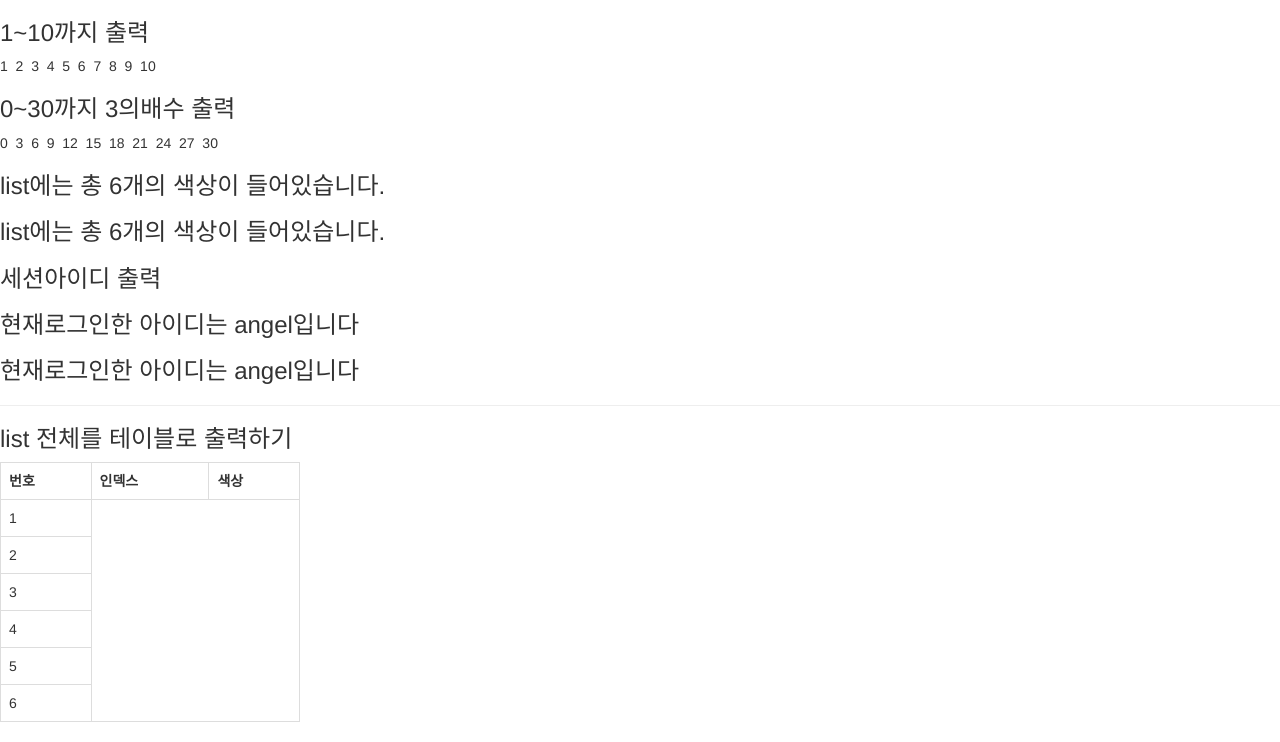
Repository: jungbee2/jungproject
Page: http://localhost/JstlProject/day0330/ex5_foreach.jsp
The author's editor kept a copy of each file at every save. The page is drawn from the files as they stood at one save, then again after the next save.
The browser window is 1280 px wide. The pictures show the whole page.
Some web fonts or font styles are not loaded; a fallback is used. The page is served by Tomcat 9.

Above is the page before, as saved 2023-03-30 02:32:35.

After the next save:
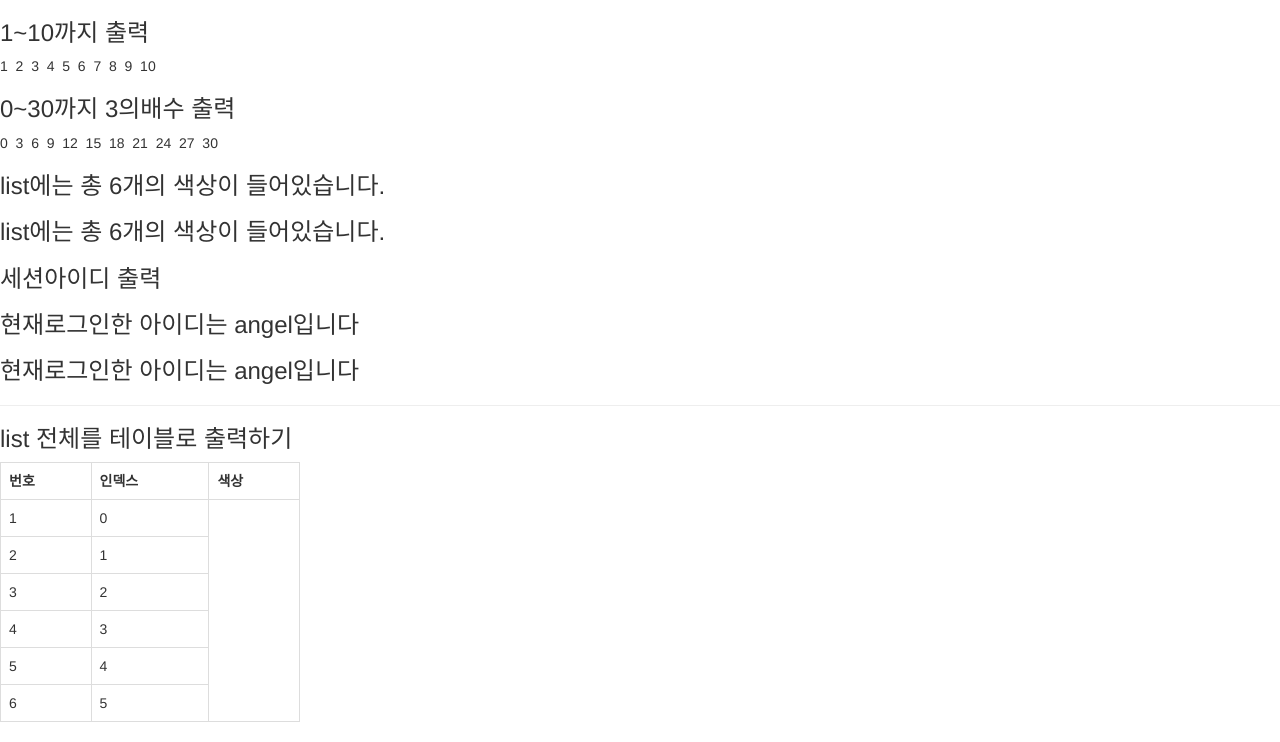
Saved 22 s later.
--- a/JstlProject/src/main/webapp/day0330/ex5_foreach.jsp
+++ b/JstlProject/src/main/webapp/day0330/ex5_foreach.jsp
@@ -69,6 +69,7 @@
 <c:forEach  var="s" items="${list }" varStatus="i">
 <tr>
 <td>${i.count }</td><!-- 무조건 1부터 출력 -->
+<td>${i.index }</td><!-- 무조건 1부터 출력 -->
 </tr>
 </c:forEach>
 </table>
